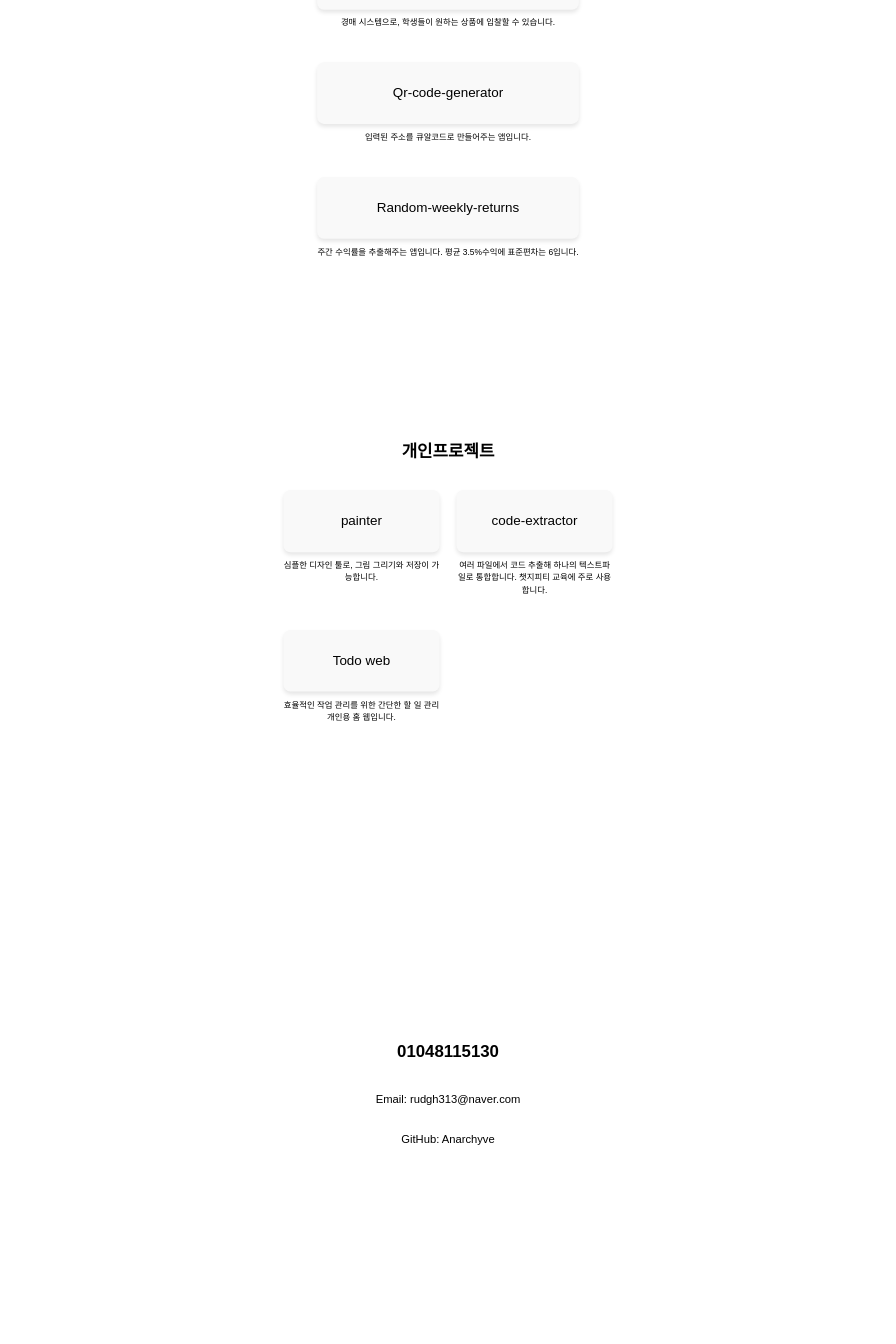
Repository: Anarchyve/portfolio
Page: index.html
The author's editor kept a copy of each file at every save. The page is drawn from the files as they stood at one save, then again after the next save.
The browser window is 1280 px wide. The pictures show the part of the page from y = 1680 to 3600 px (the page is 3600 px tall), at 70% of full size.

Above is the page before, as saved 2024-11-17 19:04:30.

After the next save:
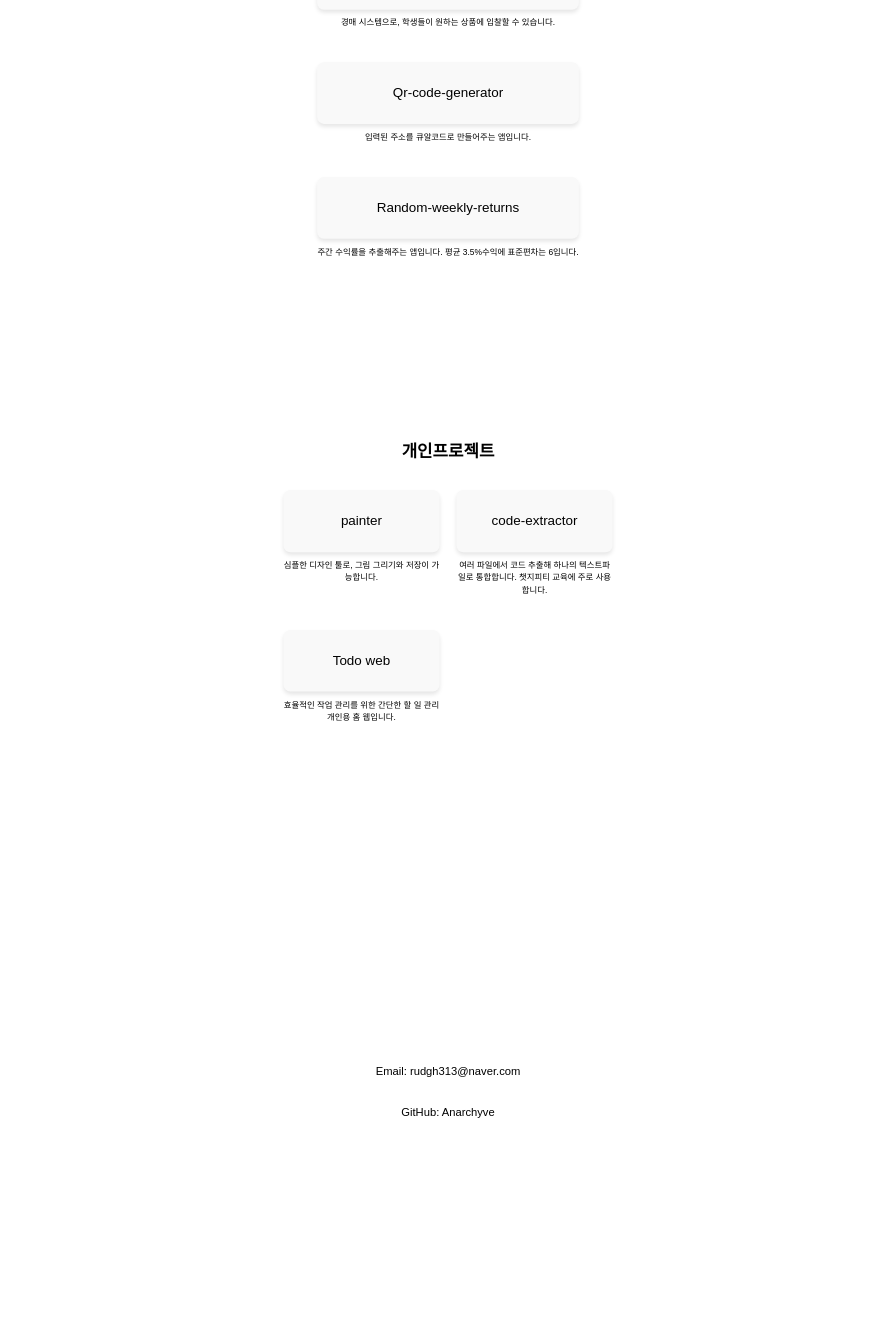
Saved 54 min 38 s later.
--- a/index.html
+++ b/index.html
@@ -70,7 +70,6 @@
     </section>
 
     <section id="contact" class="scroll-section">
-        <h2>01048115130</h2>
         <p>Email: rudgh313@naver.com</p>
         <p>GitHub: <a href="https://github.com/Anarchyve">Anarchyve</a></p>
     </section>
